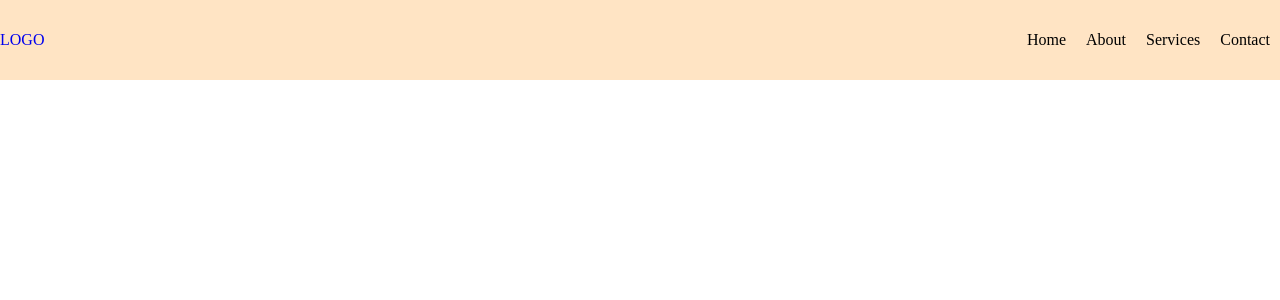
Repository: chanchalsaini/React-WUI
Page: /
An editor plug-in stored every save of this project. The page is shown before and after the next save, followed by the edit.
The browser window is 1280 px wide. The pictures show the whole page.
The project was rebuilt for these pictures with package versions that can differ from the ones it lists, and the page was loaded fresh each time.

Above is the page before, as saved 2020-09-21 21:56:01.

After the next save:
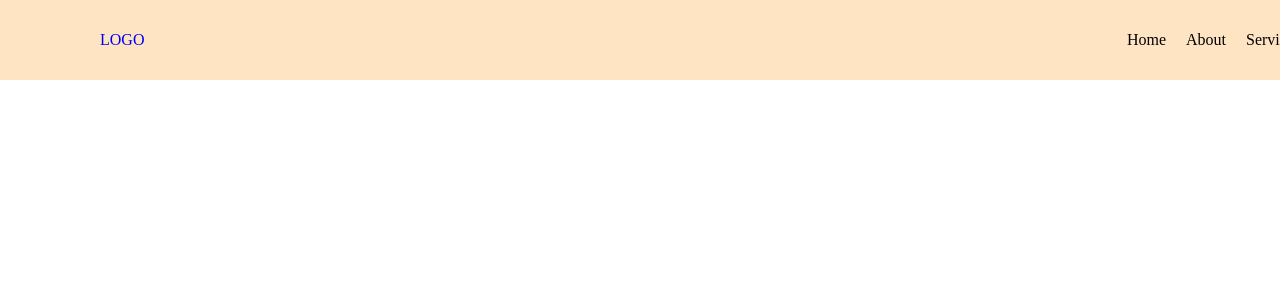
Saved 12 s later.
--- a/src/App.css
+++ b/src/App.css
@@ -9,7 +9,7 @@ header {
   position: fixed;
   width: 100%;
   height: 80px;
-  padding: 0px 40px 0px 0px;
+  padding: 0px 40px 0px 100px;
 }
 .logo {
   text-decoration: none;
